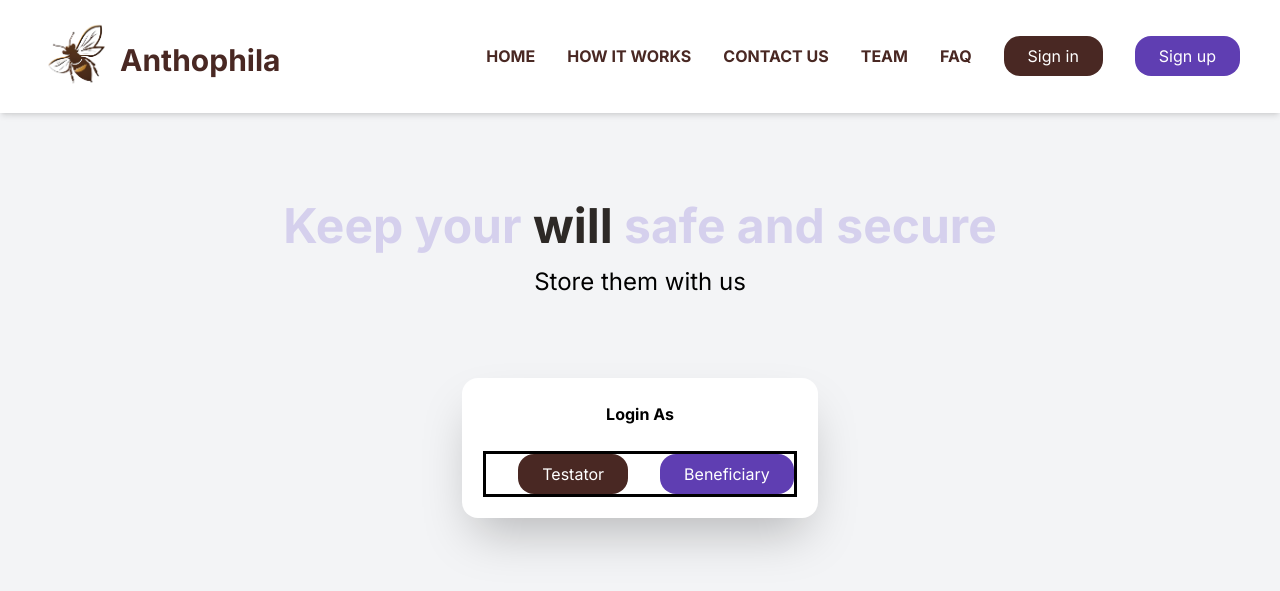
Repository: marcusdashe/anthophila
Page: /
These files come from the project's save history. The page is drawn as it stood at one moment and after the next save; the edit follows.
The browser window is 1280 px wide. The pictures show the whole page.
The project was rebuilt for these pictures with package versions that can differ from the ones it lists, and the page was loaded fresh each time. The framework's server and built-in components were replaced by stand-ins that run in the browser. Also part of the build but not shown: next.config.js, styles/Home.module.css.

Above is the page before, as saved 2023-02-28 19:57:21.

After the next save:
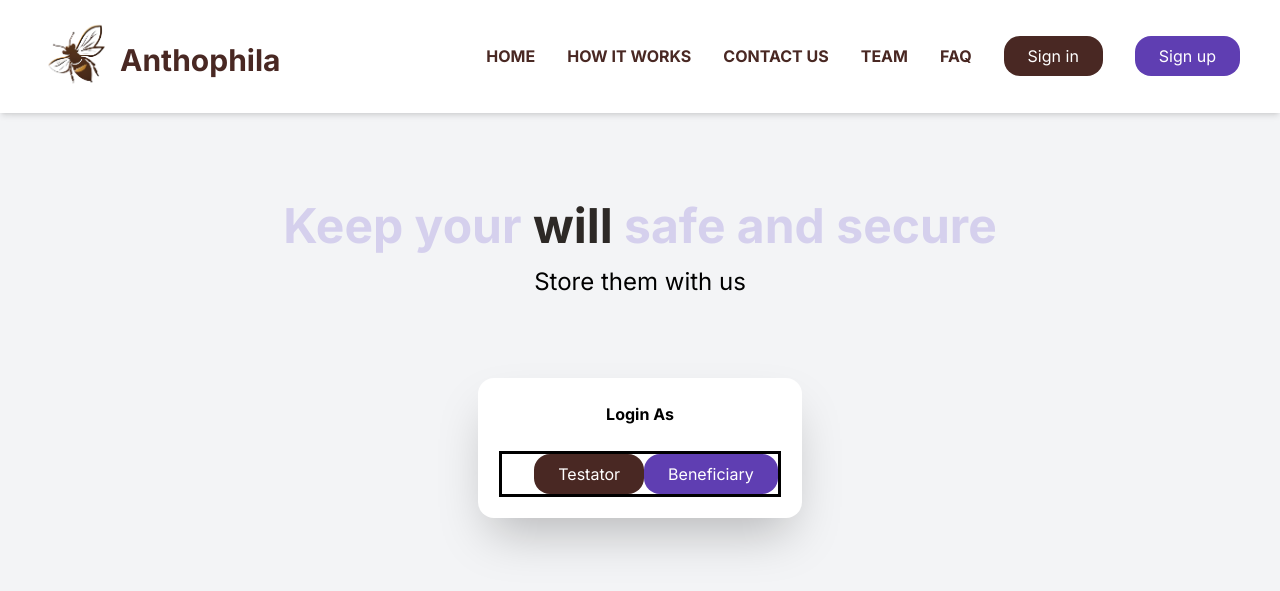
Saved 2 min 53 s later.
--- a/components/Hero.jsx
+++ b/components/Hero.jsx
@@ -13,7 +13,7 @@ const Hero = () => {
             </header>
             <section className=' w-100 bg-white shadow-2xl p-6 rounded-2xl flex justify-center items-center flex-col mt-20'>
                <p className='font-bold'>Login As</p>
-                <div className='mt-7 flex flex-row items-center justify-center outline'><Button isPrimary={true}>Testator</Button> <Button isPrimary={false}>Beneficiary</Button> </div>
+                <div className='mt-7 flex flex-row space-x-0 justify-center outline'><Button isPrimary={true}>Testator</Button> <Button isPrimary={false}>Beneficiary</Button> </div>
             </section>
 
         </div>
